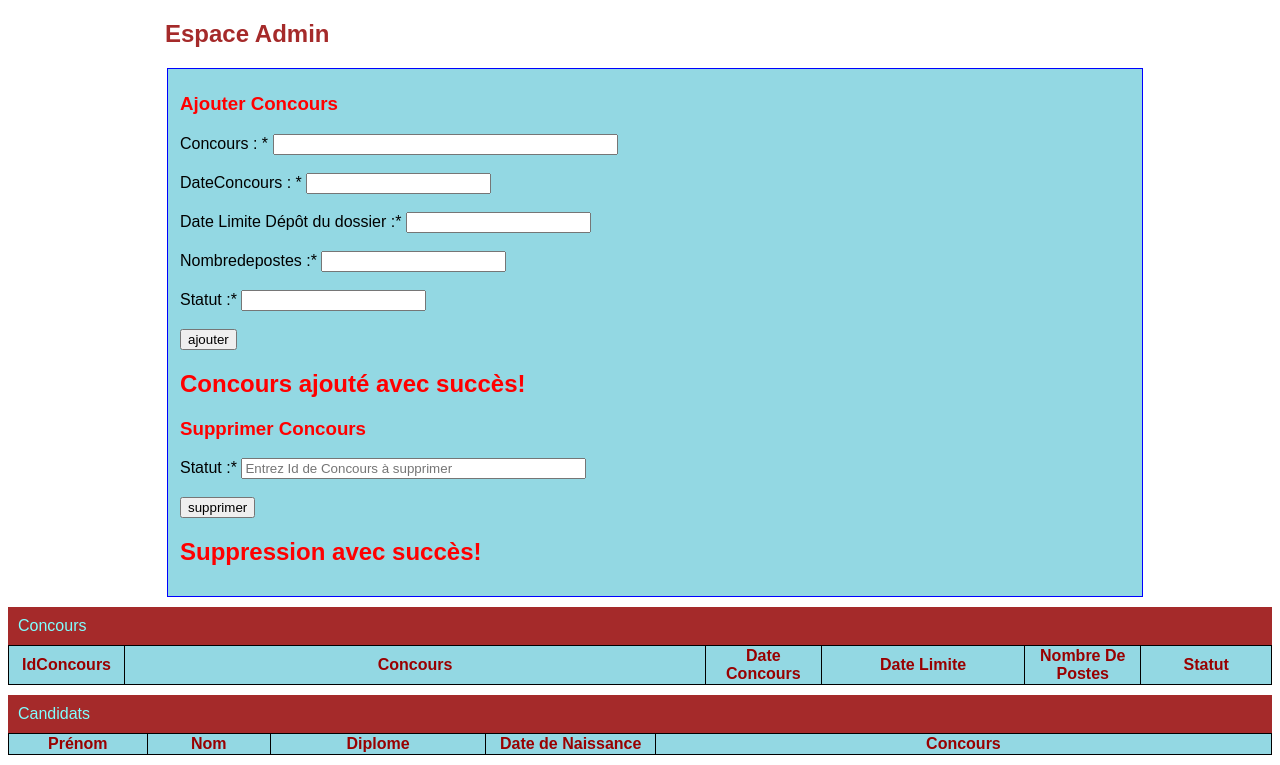
Repository: yahouari/Stage2019
Page: http://localhost/test/supprime.jsp
These files come from the project's save history. The page is drawn as it stood at one moment and after the next save; the edit follows.
The browser window is 1280 px wide. The pictures show the whole page.
The page is served by Tomcat 9. Queries for data that is not in the repository find no rows.

Above is the page before, as saved 2019-07-29 10:17:53.

After the next save:
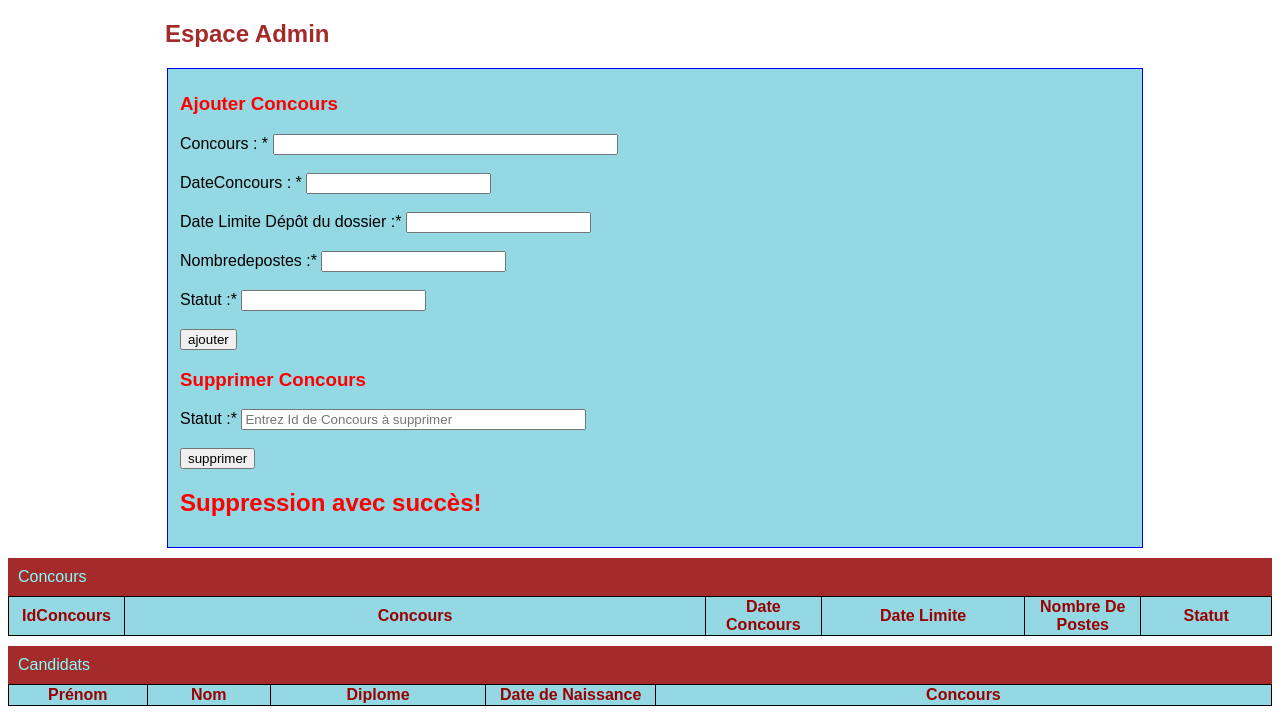
Saved 2 min 24 s later.
--- a/test/WebContent/supprime.jsp
+++ b/test/WebContent/supprime.jsp
@@ -42,7 +42,6 @@
 
 
               <input type="submit" value="ajouter"  />
-            <h2><font color="red"> Concours ajouté avec succès! </font></h2>
 
               </form>
               <form method="get" action="SuppressionServlet">
